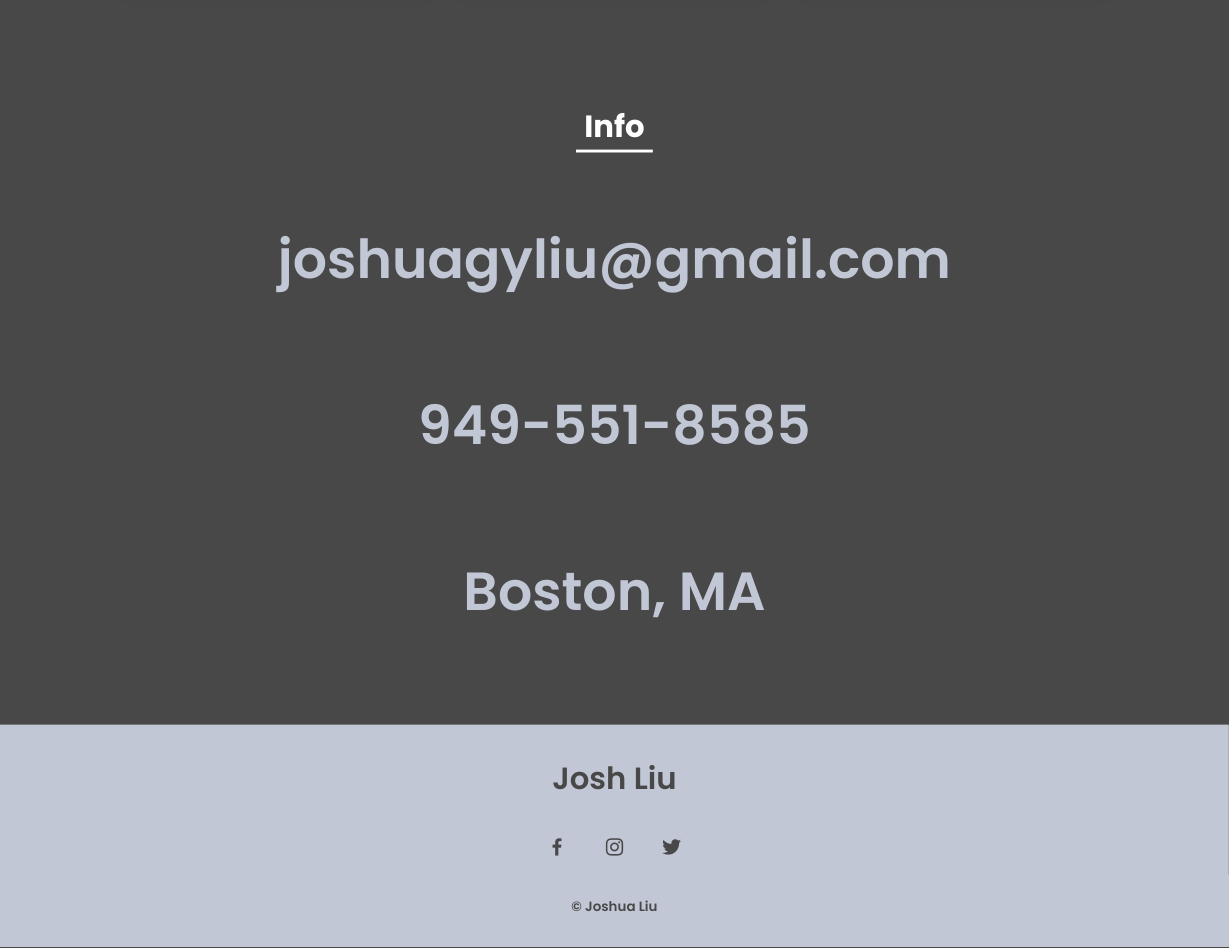
Repository: joshliu14/joshliu14.github.io
Page: index.html
An editor plug-in stored every save of this project. The page is shown before and after the next save, followed by the edit.
The browser window is 1280 px wide. The pictures show the part of the page from y = 2529 to 3516 px (the page is 3516 px tall before and 3460 px after), at 96% of full size.
A picture or video elsewhere on the page could not be fetched, so the positions and the page height are approximate.

Above is the page before, as saved 2024-01-31 23:32:16.

After the next save:
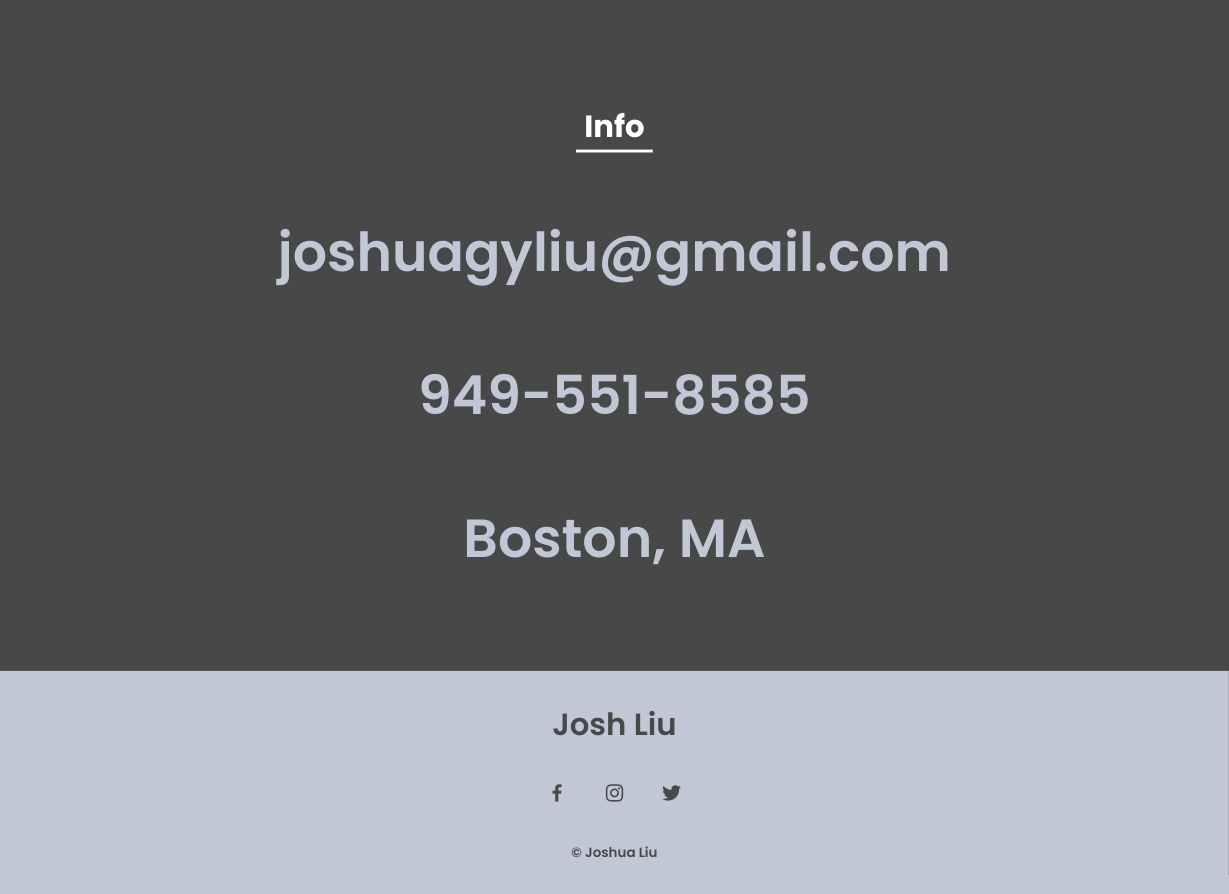
Saved 29 s later.
--- a/index.html
+++ b/index.html
@@ -216,9 +216,9 @@
       <!--===== CONTACT =====-->
       <section class="contact section" id="contact">
         <h2 class="section-title">Info</h2>
-        <h3 class="contact__input">joshuagyliu@gmail.com</h3>
-        <h3 class="contact__input">949-551-8585</h3>
-        <h3 class="contact__input">Boston, MA</h3>
+        <p class="contact__input">joshuagyliu@gmail.com</p>
+        <p class="contact__input">949-551-8585</p>
+        <p class="contact__input">Boston, MA</p>
       </section>
     </main>
 
